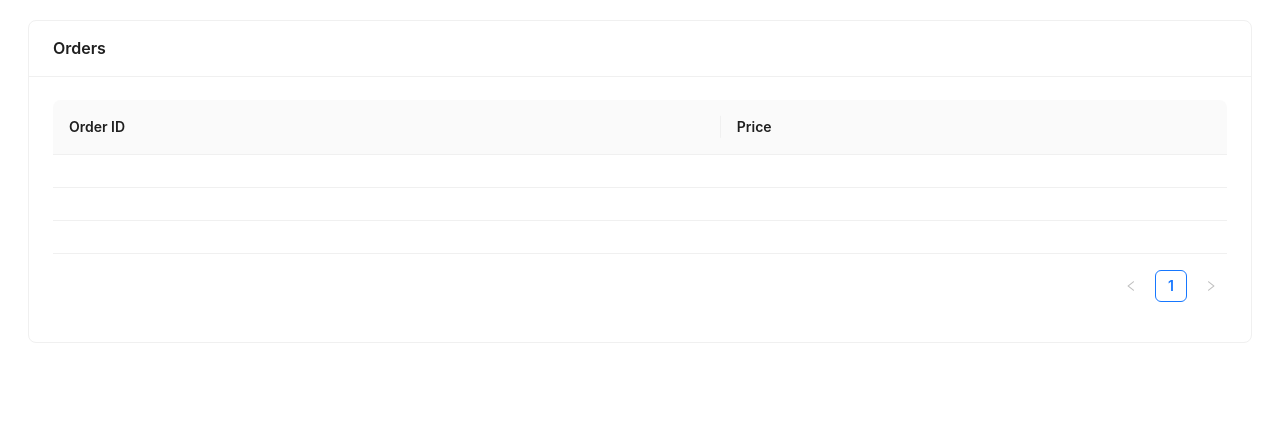
Repository: JamesPesenti/DonutShopDashboard
Page: /
An editor plug-in stored every save of this project. The page is shown before and after the next save, followed by the edit.
The browser window is 1280 px wide. The pictures show the whole page.
The project was rebuilt for these pictures with package versions that can differ from the ones it lists, and the page was loaded fresh each time. Also part of the build but not shown: src/index.css, src/data/donuts.js, src/screens/DetailedOrder.jsx.

Above is the page before, as saved 2023-03-22 16:11:25.

After the next save:
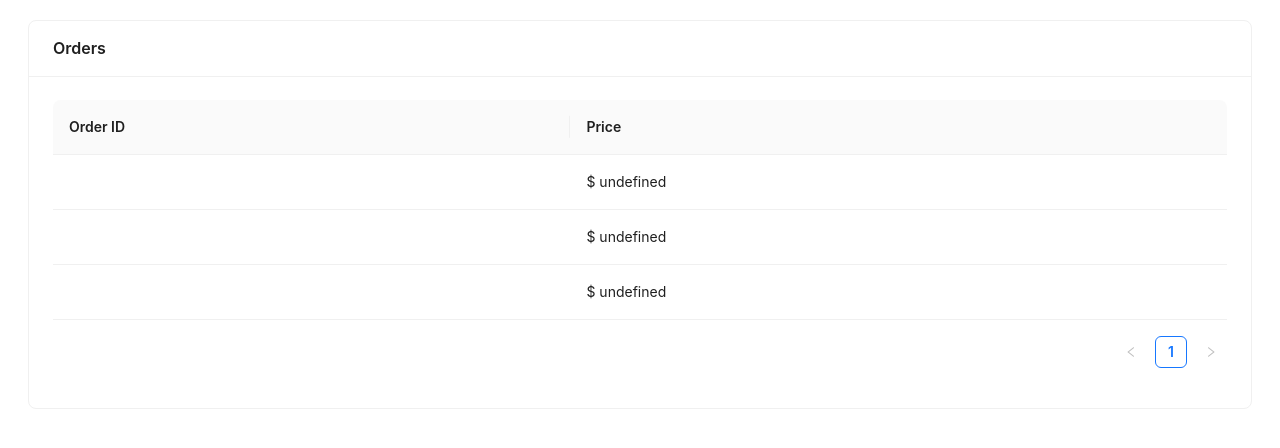
Saved 63 s later.
--- a/src/screens/Orders.jsx
+++ b/src/screens/Orders.jsx
@@ -12,8 +12,10 @@ const Orders = () => {
         {
             title: "Price",
             dataIndex: "price",
-            key: "price"
+            key: "price",
+            render: (price) => `$ ${price}`
         },
+
     ]
 
   return (
